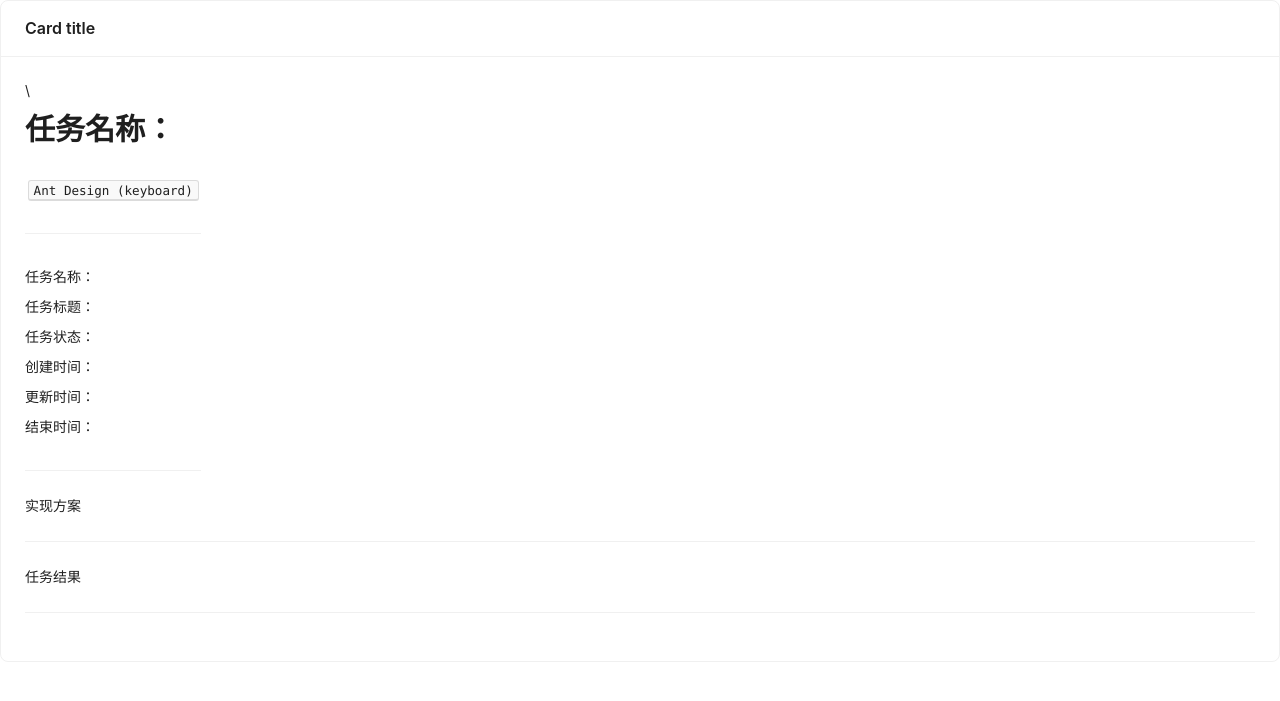
Repository: karicat996/-
Page: /task-detail
The author's editor kept a copy of each file at every save. The page is drawn from the files as they stood at one save, then again after the next save.
The browser window is 1280 px wide. The pictures show the whole page.
The project was rebuilt for these pictures with package versions that can differ from the ones it lists, and the page was loaded fresh each time. Also part of the build but not shown: vite.config.ts, src/pages/Calendar/CalendarPage.tsx, src/pages/Calendar/WishCard.less, src/pages/Calendar/cardList.less, src/pages/Calendar/CardList.tsx, src/pages/Calendar/WishCard.tsx, src/pages/Home/HomePage.tsx, src/layouts/Layouts.tsx and 12 more.

Above is the page before, as saved 2025-09-09 22:46:19.

### src/main.tsx
import { StrictMode } from 'react'
import { createRoot } from 'react-dom/client'
import './index.css'
import MainRouter from './routes/MainRouter'

createRoot(document.getElementById('root')!).render(

  <StrictMode>
    <MainRouter/>
  </StrictMode>,

)

### src/index.css
html,body{
  height:auto;
  margin: auto;
  padding: 0;
  overflow: hidden
}

### src/routes/MainRouter.tsx
// 主要路由文件
import { BrowserRouter, Route, Routes} from "react-router-dom";
import { Home } from "../pages/Home/HomePage";
import { Layouts }  from "../layouts/Layouts";
import  TestDemo  from "../pages/TestDemo";
import { NotFound } from "../pages/404";
import LoginPaged from './../pages/User/Login';
import { RegisterPage } from './../pages/User/Register';
import {PlanList} from '../pages/Plan/Plans';
import { CreatePlanPage } from "../pages/Plan/newPlan";
import { EditPlanPage } from "../pages/Plan/editPlan";
import { TaskPage } from "../pages/Task/index";
import { TaskDetailPage } from "../pages/Task/taskDetail";
import {TaskEditPage } from "../pages/Task/editTask";


const MainRouter: React.FC = () => {
  return (
    <BrowserRouter>
    <Routes>
        <Route path="/" element={<Layouts />} />
        <Route path="/index" element={<Home />} />
        <Route path="*" element={<NotFound />} />
        <Route path="/test" element={<TestDemo />} />
        <Route path="/login" element={<LoginPaged />} />
        <Route path="/Register" element={<RegisterPage  />} />
        <Route path="/Plan" element={<PlanList />} />
        <Route path="/create-plan" element={<CreatePlanPage />} />
        <Route path="/edit-plan" element={<EditPlanPage />} />
        <Route path="/tasks" element={<TaskPage />} />
        <Route path="/task-detail" element={<TaskDetailPage />} />
        <Route path="/edit-task" element={<TaskEditPage />} />
    </Routes>
    </BrowserRouter>
  )
}


export default MainRouter

### src/pages/Task/taskDetail.tsx
import "./index.less"
import React from "react";
import { useState, useEffect} from "react";
import { Space, Typography, Divider,Card } from 'antd';
const { Text, Link, Title} = Typography;
import './index.less';
interface TaskDetailPageProps {
        name: string
}

export const TaskDetailPage : React.FC = () => {

  const [taskid,setTaskid] = useState<string>();



    return (
     <>
    <Card title="Card title"
     className="TaskDetail">
        <Space direction="vertical">\
        <Title level={2}>任务名称：</Title>
        <Text mark>{ }</Text>
        <Text keyboard>Ant Design (keyboard)</Text>
        <Divider />
        <p>任务名称：<Text mark>{ }</Text></p>
        <p>任务标题：<Text mark>{ }</Text></p>
        <p>任务状态：<Text mark>{ }</Text></p>
        <p>创建时间：<Text mark>{ }</Text></p>
        <p>更新时间：<Text mark>{ }</Text></p>
        <p>结束时间：<Text mark>{ }</Text></p>
        <Divider />

        </Space>
        <div className="TaskScheme">
            实现方案
          </div>
          <Divider />
        <div className="TaskResult">
            任务结果
          </div>
          <Divider />
        </Card>
     </>
    )
  }

  export default TaskDetailPage;

### src/pages/Home/HomePage.less
*{
    box-sizing: border-box;
    margin:0;
    padding:0;
}

body{
    font-family: Arail, sans-serif;
}

.container {
    width: 100%;
    height: 135vh;
    overflow: hidden;

}

.header-container{
    width: 100%;
    height: 7%;
    margin-bottom: 1%;
    flex-wrap: wrap;
    background-color: #5ece5e;
    color: rgba(255, 255, 255, 0.514);
    padding: 10px 0;
}

.core-container{
    display: flex;
    width: 100%;
    height: 60%;

}


.left-container{
    float: left;
    background-color: white;
    border: 1px solid rgba(128, 128, 128, 0.5);
    border-radius: 10px 10px 10px 10px;
    width: 25%;
    max-height: 90vh;       /* 限制最大高度为视口80% */
    overflow-y: auto;       /* 启用垂直滚动 */
    padding: 10px;          /* 避免内容贴边 */
}

.middle-container{
    display: flex;
    flex-direction: column;
    background-color: white;
    border-radius: 10px 10px 10px 10px;
    border: 1px solid rgba(128, 128, 128, 0.5);
    width: 52%;
    height: 100%;
    margin-left: 1%;
    margin-right: 1%;

}

.middle-on-container {
    flex: 0 0 32%; /* 占据可用空间 */
    background-color: #4625253b;
    border-radius: 10px 10px 0 0;
    width: 100%;
    margin-bottom: 10px;
    margin-bottom: 10px; /* 下方间距 */
    flex-shrink: 1;

}

.middle-under-container {
    display: flex;
    flex-direction: column;
    flex: 1; /* 占据可用空间 */
    width: 100%;
    flex-basis: 250px;
    background-color: white;
    margin-top: 5px;
    margin-bottom: 10px;
    overflow: hidden;
    flex-shrink: 1;
}

.right-container {
    float: right;
    background-color: white;
    border-radius: 10px 10px 10px 10px;
    border: 1px solid rgba(104, 94, 94, 0.5);
    width: 22%;
    height: 100%;

}

.footer-container{
    width: 100%;
    height: 5%;
    flex-wrap: wrap;
    background-color: #767a76;
    color: rgba(255, 255, 255, 0.514);
    padding: 10px 0;
}

### src/layouts/TopNav/TopNav.tsx
import React, {useState} from  "react";
import { AppstoreOutlined, MailOutlined, SettingOutlined } from '@ant-design/icons';
import type { MenuProps } from 'antd';
import { Menu } from 'antd';


type MenuItem = Required<MenuProps>['items'][number];


const items: MenuItem[] = [
    {
      label: 'Navigation One',
      key: 'mail',
      icon: <MailOutlined />,
    },
    {
      label: 'Navigation Two',
      key: 'app',
      icon: <AppstoreOutlined />,
      disabled: true,
    },
    {
      label: 'Navigation Three - Submenu',
      key: 'SubMenu',
      icon: <SettingOutlined />,
      children: [
        {
          type: 'group',
          label: 'Item 1',
          children: [
            { label: 'Option 1', key: 'setting:1' },
            { label: 'Option 2', key: 'setting:2' },
          ],
        },
        {
          type: 'group',
          label: 'Item 2',
          children: [
            { label: 'Option 3', key: 'setting:3' },
            { label: 'Option 4', key: 'setting:4' },
          ],
        },
      ],
    },
    {
      key: 'alipay',
      label: (
        <a href="https://ant.design" target="_blank" rel="noopener noreferrer">
          Navigation Four - Link
        </a>
      ),
    },
  ];
export const TopNav = () => {
    const [current, setCurrent] = useState('mail');

    const onClick: MenuProps['onClick'] = (e) => {
        console.log('click ', e);
        setCurrent(e.key);
      };

    return (
        <Menu onClick={onClick} selectedKeys={[current]} mode="horizontal" items={items} />
    )
}

export default TopNav;

### src/layouts/SideNav/SideNav.tsx
import React, {useState} from "react"
import { AppstoreOutlined,HomeOutlined, SettingOutlined } from '@ant-design/icons';
import type { MenuProps, MenuTheme } from 'antd';
import { Menu, Switch } from 'antd';
import { useNavigate } from 'react-router-dom';



type MenuItem = (Required<MenuProps>['items'][number]& { route?: string });

const items: MenuItem[] = [
  {
    key: 'sub1',
    label: '欢迎来到我的网站',
    icon: <HomeOutlined />,
    children: [
      { key: '1', label: 'Plan', route: '/plan' } as MenuItem//明确指定类型

    ],
  },

];


export const SideNav = () => {

  const [theme, setTheme] = useState<MenuTheme>('dark');
  const [current, setCurrent] = useState('1');
  const navigate = useNavigate();
  const changeTheme = (value: boolean) => {
    setTheme(value ? 'dark' : 'light');
  };

  const onClick: MenuProps['onClick'] = (e) => {
    console.log('click ', e);
    setCurrent(e.key);
  };



  return (
    <>
    <Switch
      checked={theme === 'dark'}
      onChange={changeTheme}
      checkedChildren="Dark"
      unCheckedChildren="Light"
    />
    <br />
    <br />
    <Menu
      theme={theme}
      onClick={onClick}
      style={{ width: 256 }}
      defaultOpenKeys={['sub1']}
      selectedKeys={[current]}
      mode="inline"
      items={items}
    />
  </>
  )
}

export default SideNav;

### src/pages/Task/index.less
*{
    box-sizing: border-box;
    margin:0;
    padding:0;
}



.body{
    font-family: Arail, sans-serif;
}



.container{
    width: 100%;
    height: 135vh;
    overflow: hidden;
}



.createTask{
    flex-grow: 1;

}



.TaskDetail{
    width: 300
}

Loaded but not shown: index.html (common file)

After the next save:
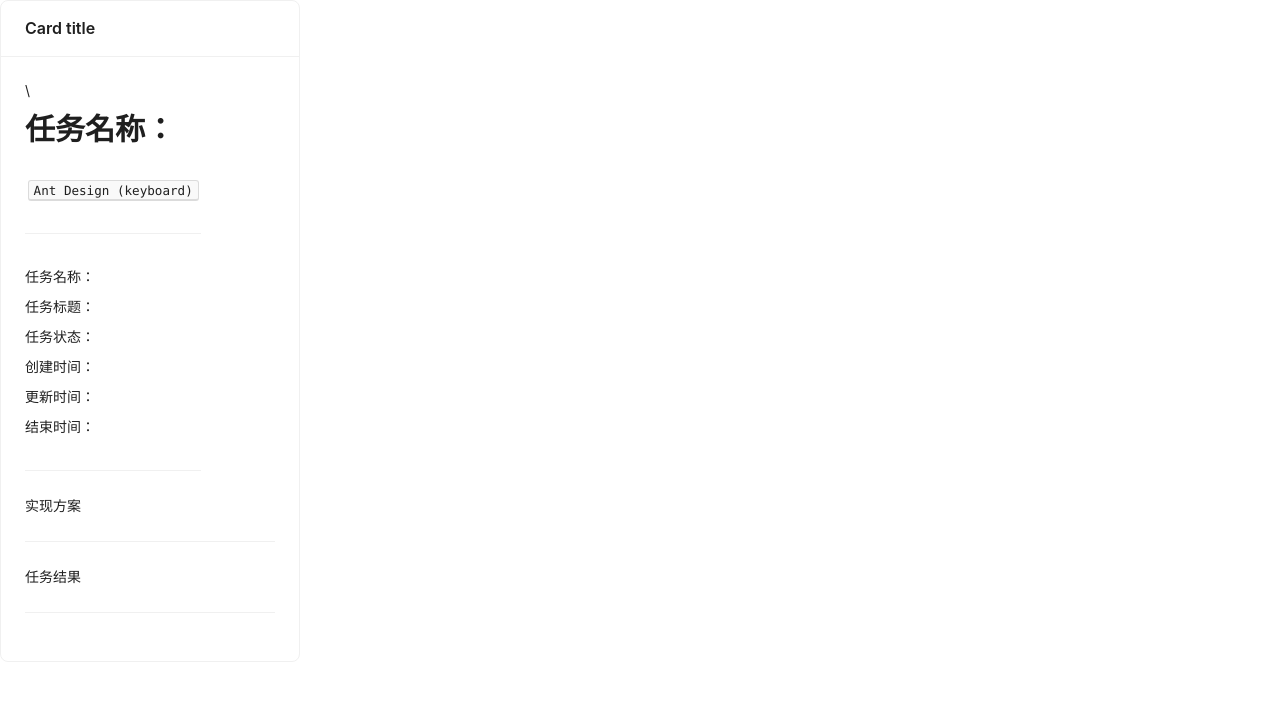
Saved 72 s later.
--- a/src/pages/Task/taskDetail.tsx
+++ b/src/pages/Task/taskDetail.tsx
@@ -17,8 +17,9 @@ export const TaskDetailPage : React.FC = () => {
     return (
      <>
     <Card title="Card title"
-     className="TaskDetail">
-        <Space direction="vertical">\
+     style={{ width: 300 }}>
+      <div  className="TaskDetail">
+      <Space direction="vertical">\
         <Title level={2}>任务名称：</Title>
         <Text mark>{ }</Text>
         <Text keyboard>Ant Design (keyboard)</Text>
@@ -32,6 +33,8 @@ export const TaskDetailPage : React.FC = () => {
         <Divider />
 
         </Space>
+      </div>
+
         <div className="TaskScheme">
             实现方案
           </div>
